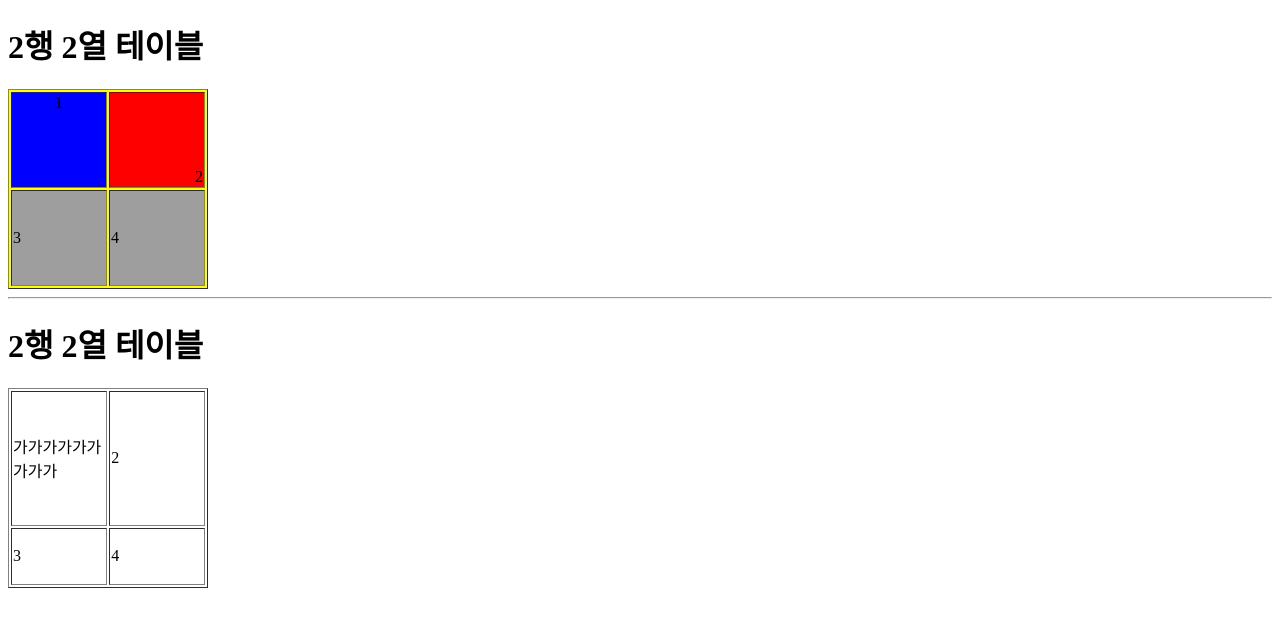
Repository: zzzzzzin/Client
Page: ClientTest/src/main/webapp/html/ex15_table.html
These files come from the project's save history. The page is drawn as it stood at one moment and after the next save; the edit follows.
The browser window is 1280 px wide. The pictures show the whole page.
Pictures or frames that could not be fetched are drawn as grey boxes.

Above is the page before, as saved 2024-03-13 06:31:03.

After the next save:
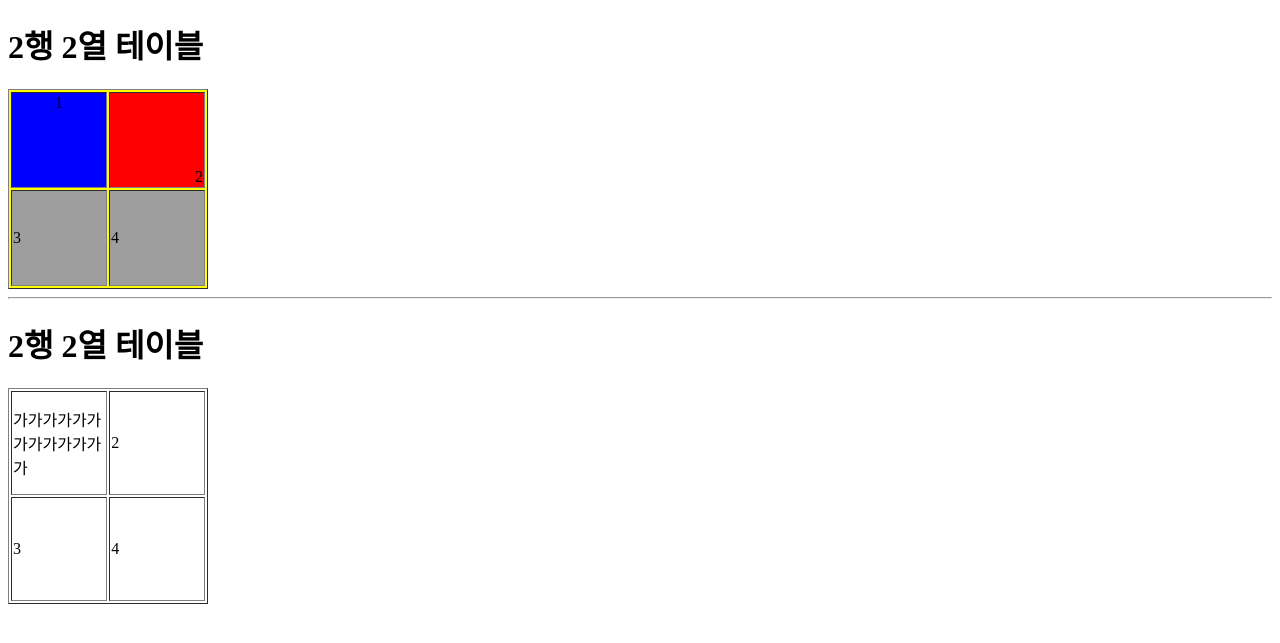
Saved 46 s later.
--- a/ClientTest/src/main/webapp/html/ex15_table.html
+++ b/ClientTest/src/main/webapp/html/ex15_table.html
@@ -48,11 +48,11 @@
 	<h1>2행 2열 테이블</h1>
 	<table border="1" width="200" height="200">
 		<tr>
-			<td width="100">가가가가가가가가가</td>
+			<td width="100" height="100">가가가가가가가가가가가가가</td>
 			<td width="100">2</td>
 		</tr>
 		<tr>
-			<td>3</td>
+			<td height="100">3</td>
 			<td>4</td>
 		</tr>
 	</table>
